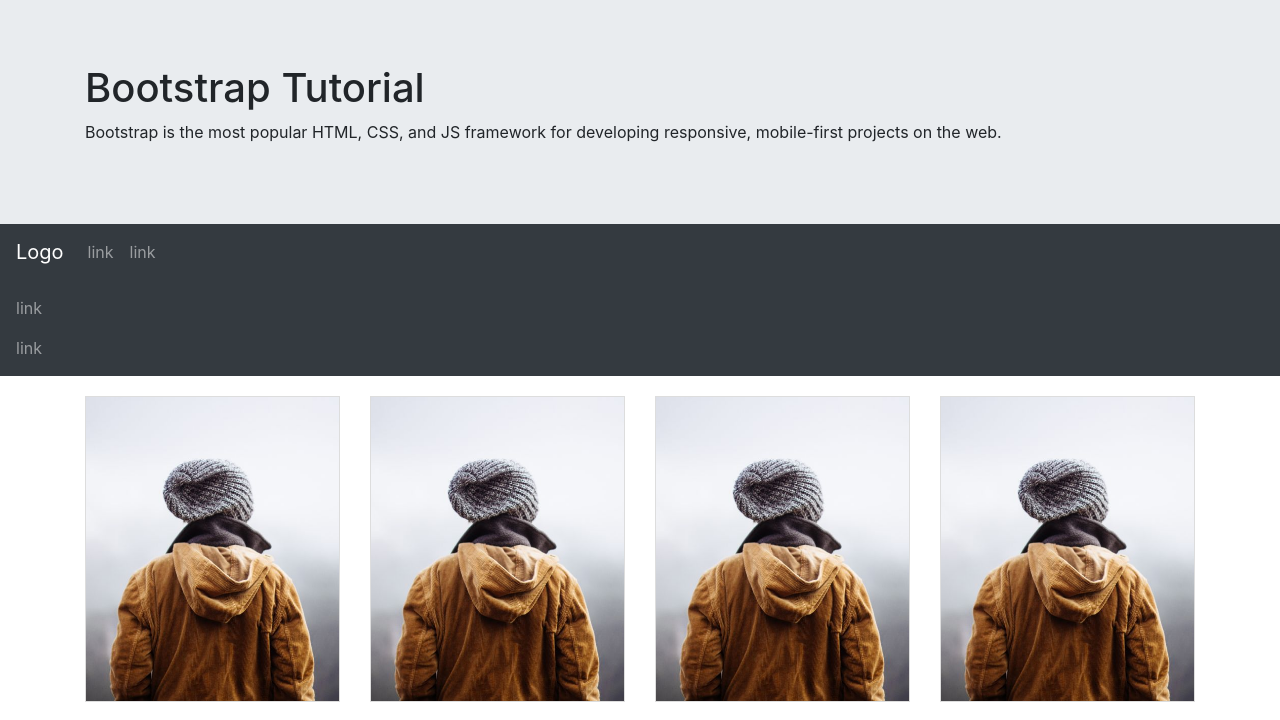
Repository: jwsimhj97/jwork_n
Page: JSPProject/WebContent/03-08/bootexam.html
An editor plug-in stored every save of this project. The page is shown before and after the next save, followed by the edit.
The browser window is 1280 px wide. The pictures show the whole page.

Above is the page before, as saved 2022-03-08 06:46:45.

After the next save:
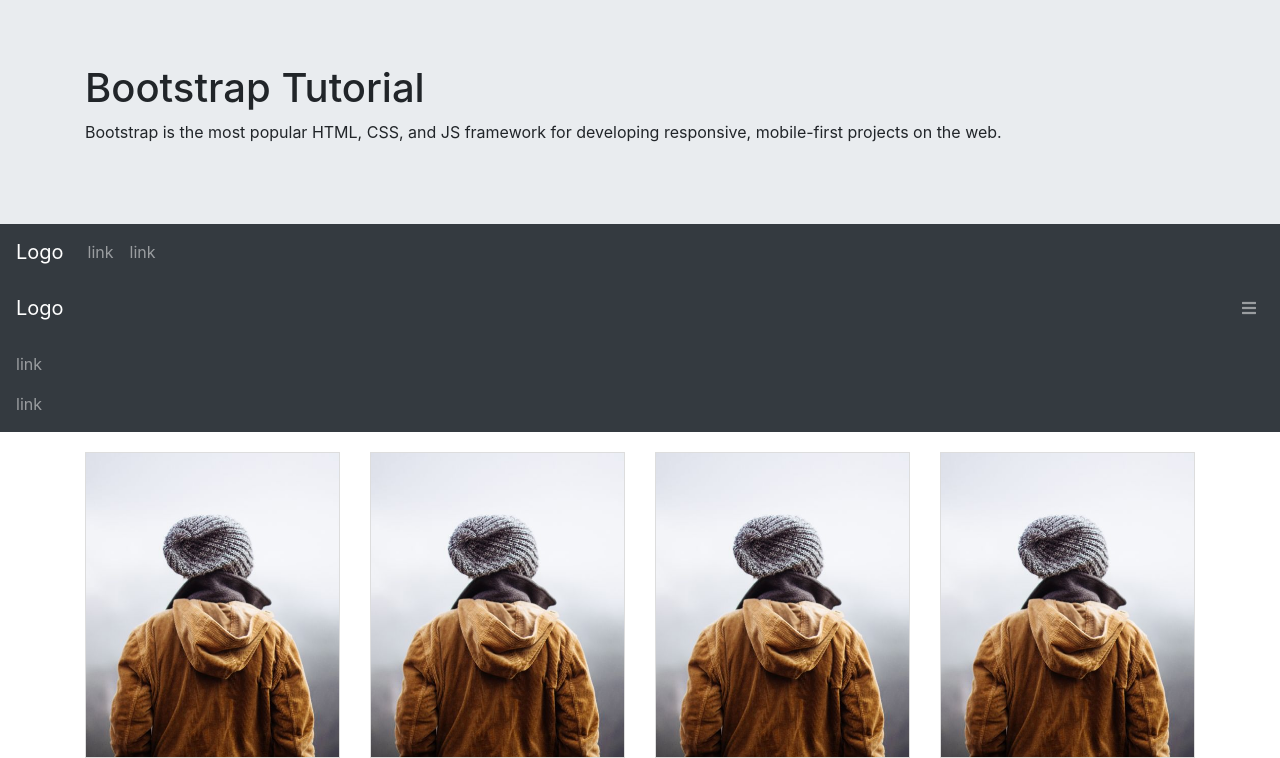
Saved 38 s later.
--- a/JSPProject/WebContent/03-08/bootexam.html
+++ b/JSPProject/WebContent/03-08/bootexam.html
@@ -13,6 +13,7 @@
   	.jumbotron{margin-bottom:0px !important;}
   	img{width:100%; margin-top:20px; border:1px solid #ddd;}
   	.smNav {-webkit-justify-content: space-between !important; justify-content: space-between !important;}
+  	.subNav{{-webkit-justify-content: space-between !important; justify-content: space-between !important;}
 
   	/*lg사이즈 보다 작을 때(미만)*/
   	@media screen and (max-width:992px){

After the save that followed:
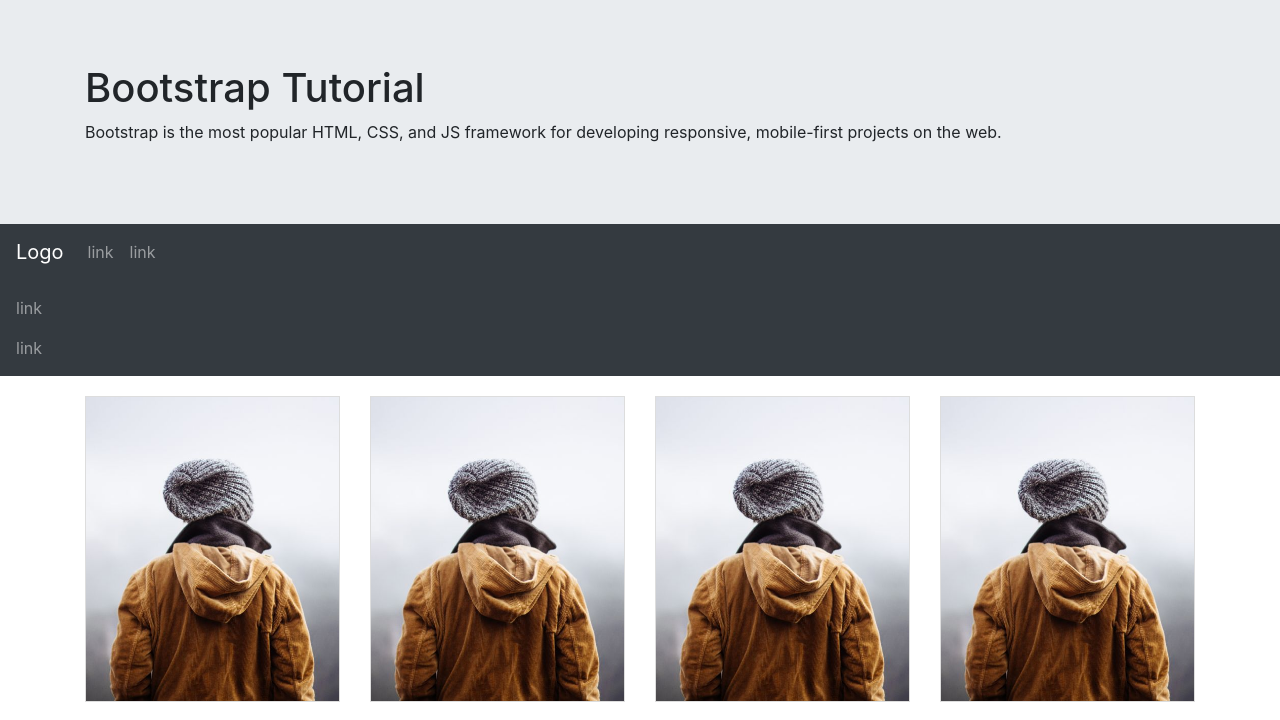
Saved 4 s later.
--- a/JSPProject/WebContent/03-08/bootexam.html
+++ b/JSPProject/WebContent/03-08/bootexam.html
@@ -13,7 +13,7 @@
   	.jumbotron{margin-bottom:0px !important;}
   	img{width:100%; margin-top:20px; border:1px solid #ddd;}
   	.smNav {-webkit-justify-content: space-between !important; justify-content: space-between !important;}
-  	.subNav{{-webkit-justify-content: space-between !important; justify-content: space-between !important;}
+  	.subNav{-webkit-justify-content: space-between !important; justify-content: space-between !important;}
 
   	/*lg사이즈 보다 작을 때(미만)*/
   	@media screen and (max-width:992px){
